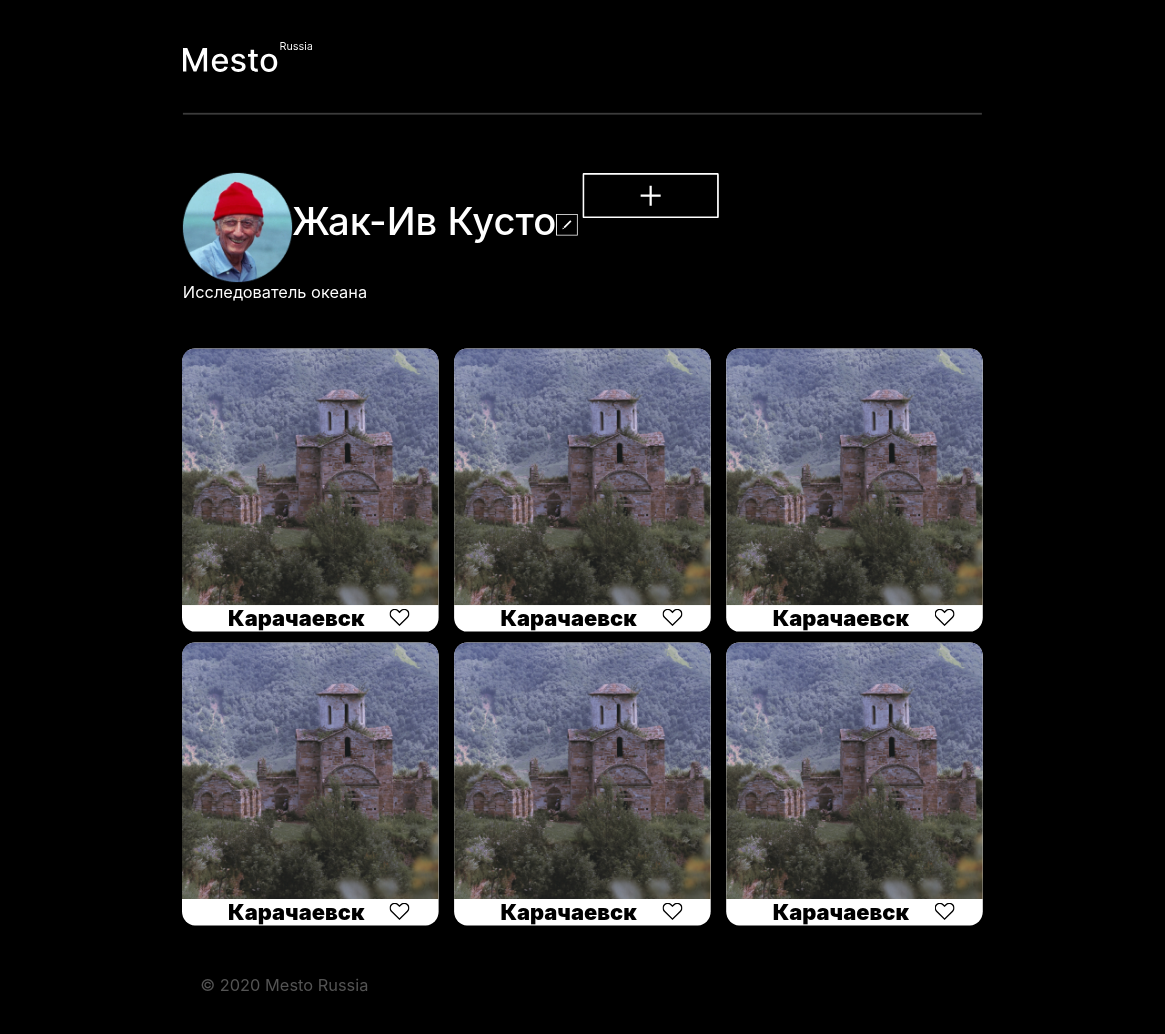
Repository: Ivan2399/mesto-project
Page: index.html
These files come from the project's save history. The page is drawn as it stood at one moment and after the next save; the edit follows.
The browser window is 1280 px wide. The pictures show the whole page, at 91% of full size.

Above is the page before, as saved 2021-11-16 18:35:59.

### index.html
<!DOCTYPE html>
<html lang="ru">

<head>
    <meta charset="UTF-8">
    <meta http-equiv="X-UA-Compatible" content="IE=edge">
    <meta name="viewport" content="width=device-width, initial-scale=1.0">
    <link rel="stylesheet" href="./pages/index.css" />
    <title>Mesto</title>
</head>

<body class="root">
    <div class="page">
        <header class="header">
            <div class="header__container">
                <img class="header__logo" src="images/logo/Vector.svg" alt="Логотип">
                <div class="header__line"></div>
            </div>
        </header>
        <main class="content">
            <section class="profile profile__container_mobile">

                <div class="profile__container">
                    <img class="profile__avatar" src="images/avatar/Avatar.png" alt="Аватарка">
                    <h2 class="profile__nickname">Жак-Ив Кусто<button class="profile__buttons_type_editig"></button>
                    </h2>
                    <p class="profile__hobbyname">Исследователь океана</p>
                </div>

                <div>
                    <button class="profile__buttons_type_add"></button>
                </div>

            </section>
            <section class="table">
                <div class="table__container table__container_mobile">
                    <div class="table__card">
                        <img class="table__image" src="images/table/Karachaevsk.png" alt="Крепость">
                        <h2 class="table__title">Карачаевск <img class="table__button table__button_active"
                                src="images/buttons/Vector.svg" alt="Лайк"></h2>
                    </div>
                    <div class="table__card">
                        <img class="table__image" src="images/table/Karachaevsk.png" alt="Крепость">
                        <h2 class="table__title">Карачаевск <img class="table__button table__button_active"
                                src="images/buttons/Vector.svg" alt="Лайк"></h2>
                    </div>
                    <div class="table__card">
                        <img class="table__image" src="images/table/Karachaevsk.png" alt="Крепость">
                        <h2 class="table__title">Карачаевск <img class="table__button table__button_active"
                                src="images/buttons/Vector.svg" alt="Лайк"></h2>
                    </div>
                    <div class="table__card">
                        <img class="table__image" src="images/table/Karachaevsk.png" alt="Крепость">
                        <h2 class="table__title">Карачаевск <img class="table__button table__button_active"
                                src="images/buttons/Vector.svg" alt="Лайк"></h2>
                    </div>
                    <div class="table__card">
                        <img class="table__image" src="images/table/Karachaevsk.png" alt="Крепость">
                        <h2 class="table__title">Карачаевск <img class="table__button table__button_active"
                                src="images/buttons/Vector.svg" alt="Лайк"></h2>
                    </div>
                    <div class="table__card">
                        <img class="table__image" src="images/table/Karachaevsk.png" alt="Крепость">
                        <h2 class="table__title">Карачаевск <img class="table__button table__button_active"
                                src="images/buttons/Vector.svg" alt="Лайк"></h2>
                    </div>
                </div>
            </section>
            <section class="footer">
                <h2 class="footer__logo">© 2020 Mesto Russia</h2>
            </section>
        </main>
    </div>
</body>

</html>

### pages/index.css
@import url(../blocks/root/root.css);
@import url(../blocks/page/page.css);
@import url(../blocks/content/content.css);

/* header */

@import url(../blocks/header/header.css);
@import url(../blocks/header/__container/header__container.css);
@import url(../blocks/header/__logo/header__logo.css);
@import url(../blocks/header/__line/header__line.css);

/* profile */

@import url(../blocks/profile/profile.css);
@import url(../blocks/profile/__avatar/profile__avatar.css);
@import url(../blocks/profile/__container/profile__container.css);
@import url(../blocks/profile/__buttons/profile__buttons.css);
@import url(../blocks/profile/__buttons/_type/profile__buttons_type_add.css);
@import url(../blocks/profile/__buttons/_type/profile__buttons_type_editig.css);
@import url(../blocks/profile/__hobbyname/profile__hobbyname.css);
@import url(../blocks/profile/__nickname/profile__nickname.css);
@import url(../blocks/profile/__container/_mobile/profile__container_mobile.css);

/* table */

@import url(../blocks/table/table.css);
@import url(../blocks/table/__button/table__button.css);
@import url(../blocks/table/__card/table__card.css);
@import url(../blocks/table/__container/table__container.css);
@import url(../blocks/table/__image/table__image.css);
@import url(../blocks/table/__title/table__title.css);
@import url(../blocks/table/__container/_mobile/table__container_mobile.css);
@import url(../blocks/table/__button/_active/table__button_active.css);

/* footer */

@import url(../blocks/footer/footer.css);
@import url(../blocks/footer/__logo/footer__logo.css);

### images/buttons/Vector.svg
<svg width="22" height="19" viewBox="0 0 22 19" fill="none" xmlns="http://www.w3.org/2000/svg">
<path d="M20.2991 9.78586C22.567 7.54338 22.567 3.90213 20.2991 1.68186C18.0311 -0.560619 14.3486 -0.560619 12.0806 1.68186L10.9804 2.792L9.88007 1.70406C7.61215 -0.560619 3.92957 -0.560619 1.6841 1.68186C0.583822 2.76979 0 4.21297 0 5.74496C0 7.27695 0.606277 8.72013 1.6841 9.80806L10.9804 19L20.2991 9.78586ZM1.4371 5.74496C1.4371 4.59042 1.8862 3.52469 2.71702 2.72539C3.5703 1.88168 4.67058 1.45983 5.77086 1.45983C6.87114 1.45983 7.97142 1.88168 8.8247 2.72539L10.9804 4.83465L13.136 2.70318C14.8201 1.03798 17.582 1.03798 19.2437 2.70318C20.0521 3.50248 20.5236 4.56821 20.5236 5.72276C20.5236 6.8773 20.0745 7.94303 19.2437 8.74233L10.9804 16.9351L2.71702 8.76453C1.90865 7.94303 1.4371 6.8773 1.4371 5.74496Z" fill="black"/>
</svg>

### blocks/root/root.css
.root{
    margin: 0;
    padding: 0;
    font-family: "Inter";
    color: #FFFFFF;
}
h1,h2,h3,h4,h5,h6,p{
    margin: 0;
    padding: 0;
    font-family: "Inter";
    color: #FFFFFF;
}

### blocks/page/page.css
.page {
  background-color: #000000;
  max-width: 1280px;
  margin: auto;
}

### blocks/header/header.css
.header{
    display: grid;
}

### blocks/header/__container/header__container.css
.header__container {
  margin: 0 15.7% 0 15.7%;
  max-width: 880px;
  width: 68.6%;
}

### blocks/header/__logo/header__logo.css
.header__logo{
    margin: 5.2% 0 4.7% 0;
}
@media screen and (min-width:300px) and (max-width:600px){
    .header__logo{
        width:103.74px;
        height:24.24px;
    }
}

### blocks/header/__line/header__line.css
.header__line{
    border: 1px solid #545454;
    opacity: 0.7;
}

### blocks/profile/profile.css
.profile {
  display: grid;
  margin: 5% 15.7% 0 15.7%;
  max-width: 880px;
  width: 68.6%;
}

### blocks/profile/__avatar/profile__avatar.css
.profile__avatar{

}

### blocks/profile/__container/profile__container.css
.profile__container {
  display: flex;
  align-items: center;
  flex-direction: row;
  flex-wrap: wrap;
}

### blocks/profile/__buttons/profile__buttons.css
.profile__buttons{
    display: flex;
    flex-direction: row;
    justify-content: space-between;
    align-items: center;
}

### blocks/profile/__buttons/_type/profile__buttons_type_add.css
.profile__buttons_type_add {
  width: 150px;
  height: 50px;
  background-image: url(../../../../images/buttons/Add\ Button.svg);
  background-color: black;
  border: none;
  background-size: cover;
  background-repeat: no-repeat;

  margin-bottom: 6.7%;
}
.profile__buttons_type_add:hover {
  opacity: 0.6;
  border: 2px solid #ffffff;
  box-sizing: border-box;
  border-radius: 2px;
}

### blocks/profile/__buttons/_type/profile__buttons_type_editig.css
.profile__buttons_type_editig {
  width: 24px;
  height: 24px;
  background-image: url(../../../../images/buttons/Edit\ Button.svg);
  background-color: black;
  border: none;
  background-size: cover;
  background-repeat: no-repeat;
  margin-bottom: 6.7%;
  grid-column: 2;
  grid-row: 1;
}
.profile__buttons_type_editig:hover {
  border: 1px solid #ffffff;
  box-sizing: border-box;
}

### blocks/profile/__hobbyname/profile__hobbyname.css
.profile__hobbyname {
  font-style: normal;
  font-weight: normal;
  font-size: 18px;
  line-height: 22px;
  grid-column: 2;
}

### blocks/profile/__nickname/profile__nickname.css
.profile__nickname {
  font-style: normal;
  font-weight: 500;
  font-size: 42px;
  line-height: 48px;
}

### blocks/profile/__container/_mobile/profile__container_mobile.css
.profile__container_mobile{
    grid-template-columns: repeat(auto-fit,minmax(200px,1fr));
}

### blocks/table/table.css
.table{
    max-width:880px;
    margin:4% auto 0;
}

### blocks/table/__button/table__button.css
.table__button {
  width: 22px;
  height: 19px;
  /* background-image: url(../../../images/buttons/Vector.svg);
  border: none;
  background-color: white;
  background-size: cover;
  background-repeat: no-repeat; */
  align-self: flex-end;
  margin-left: 10%;
}
.table__button:hover {
  color: #000000;
  opacity: 0.5;
}

### blocks/table/__card/table__card.css
.table__card{
    max-width: 282px;
    background-color: white;

    border-radius: 5%;

    display: flex;
    flex-direction: column;
}

### blocks/table/__container/table__container.css
.table__container{
    display: grid;
    grid-template-columns: repeat(3,1fr);
    gap:2%;
}

### blocks/table/__image/table__image.css
.table__image{
    max-width: 282px;
    max-height: 282px;
    border-radius: 5% 5% 0 0 ;
}

### blocks/table/__title/table__title.css
.table__title {
  max-width: 246px;
  font-style: normal;
  font-weight: 900;
  font-size: 24px;
  line-height: 29px;

  margin-left: 18%;
  color: #000000;
}

### blocks/table/__container/_mobile/table__container_mobile.css
.table__container_mobile{
    grid-template-columns: repeat(auto-fit, minmax(280px, 1fr));
}

### blocks/table/__button/_active/table__button_active.css
.table__button_active:active{
    background-image: url(../../../../images/buttons/Union.png);
    color: black;
}

### blocks/footer/footer.css
.footer{
    max-width: 840px;
    margin: auto;
}

### blocks/footer/__logo/footer__logo.css
.footer__logo {
  font-style: normal;
  font-weight: normal;
  font-size: 18px;
  line-height: 22px;

  color: #545454;
  margin-top: 8%;
  padding-bottom: 5%;
}

Loaded but not shown: blocks/content/content.css (no stored copy; drawn as an empty file)

After the next save:
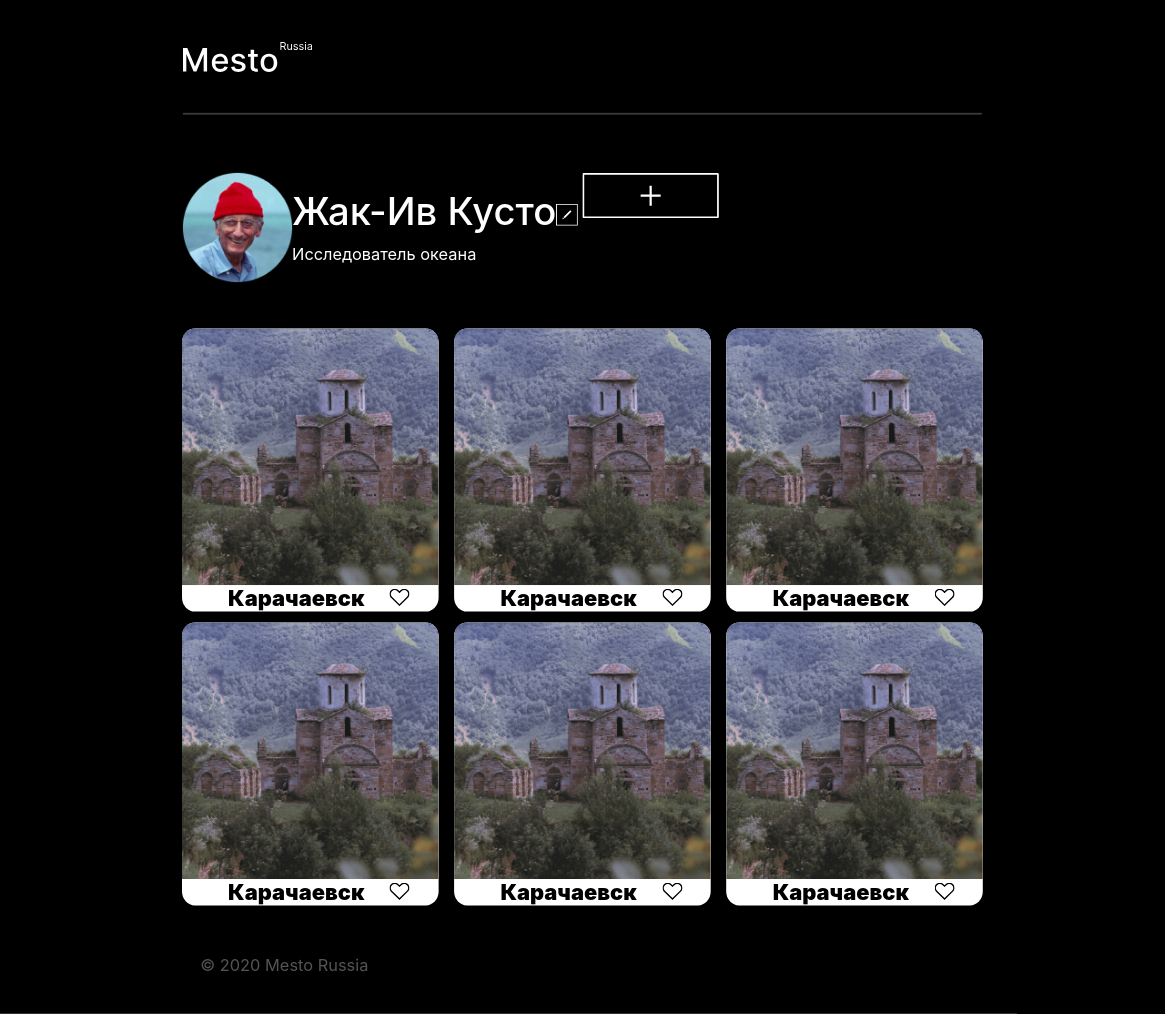
Saved 52 s later.
--- a/index.html
+++ b/index.html
@@ -23,8 +23,9 @@
                 <div class="profile__container">
                     <img class="profile__avatar" src="images/avatar/Avatar.png" alt="Аватарка">
                     <h2 class="profile__nickname">Жак-Ив Кусто<button class="profile__buttons_type_editig"></button>
+                        <p class="profile__hobbyname">Исследователь океана</p>
                     </h2>
-                    <p class="profile__hobbyname">Исследователь океана</p>
+
                 </div>
 
                 <div>
